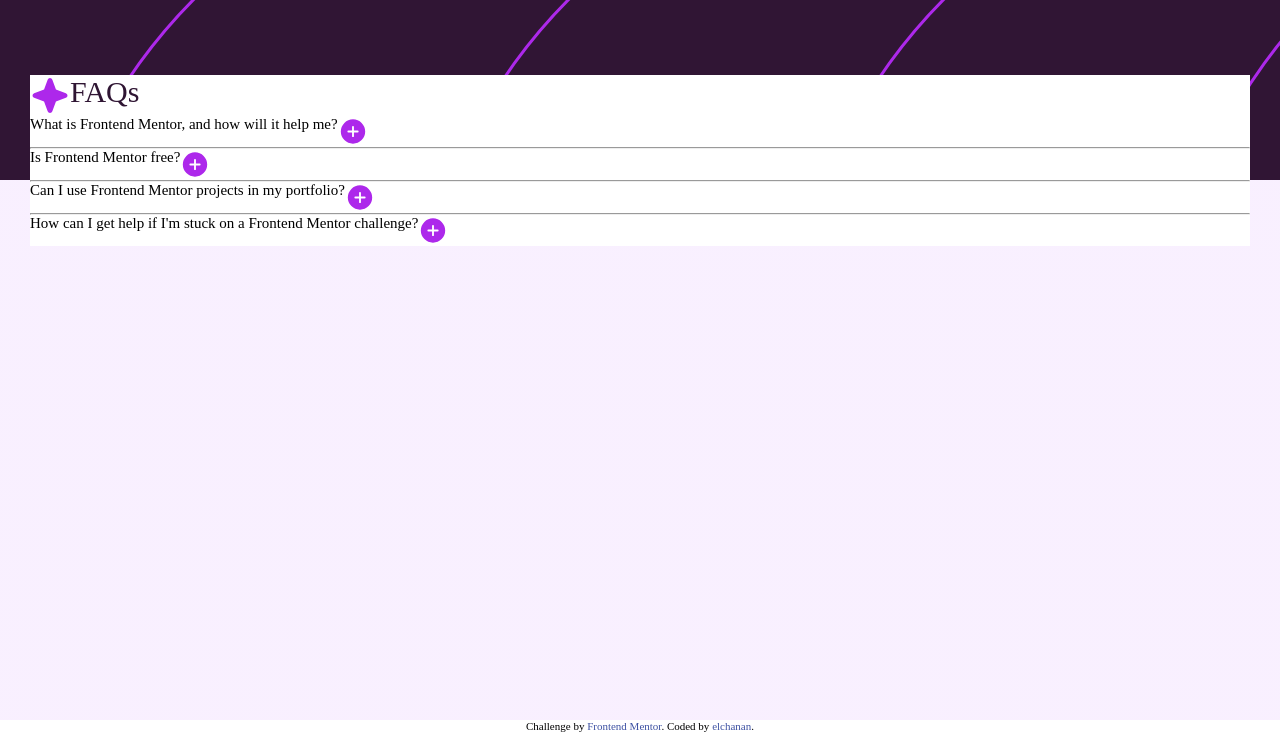
Repository: elchananChen/frontend-mentor-projects
Page: 2024/10/faQs/index.html
These files come from the project's save history. The page is drawn as it stood at one moment and after the next save; the edit follows.
The browser window is 1280 px wide. The pictures show the whole page.

Above is the page before, as saved 2024-10-13 06:06:33.

### 2024/10/faQs/index.html
<!DOCTYPE html>
<html lang="en">
  <head>
    <meta charset="UTF-8" />
    <meta name="viewport" content="width=device-width, initial-scale=1.0" />

    <link
      rel="icon"
      type="image/png"
      sizes="32x32"
      href="./assets/images/favicon-32x32.png"
    />

    <title>Frontend Mentor | FAQ accordion</title>

    <style>
      .attribution {
        font-size: 11px;
        text-align: center;
      }
      .attribution a {
        color: hsl(228, 45%, 44%);
      }
    </style>
    <link rel="stylesheet" href="./style.css" />
  </head>
  <body>
    <article>
      <div class="card">
        <header>
          <div class="flex">
            <div><img src="./assets/images/icon-star.svg" alt="" /></div>
            <h1>FAQs</h1>
          </div>
        </header>
        <main>
          <div class="flex">
            <h3>What is Frontend Mentor, and how will it help me?</h3>
            <div><img src="./assets/images/icon-plus.svg" alt="" /></div>
          </div>
          <p class="hidden">
            Frontend Mentor offers realistic coding challenges to help
            developers improve their frontend coding skills with projects in
            HTML, CSS, and JavaScript. It's suitable for all levels and ideal
            for portfolio building.
          </p>
          <hr />
          <div class="flex">
            <h3>Is Frontend Mentor free?</h3>
            <div><img src="./assets/images/icon-plus.svg" alt="" /></div>
          </div>
          <p class="hidden">
            Yes, Frontend Mentor offers both free and premium coding challenges,
            with the free option providing access to a range of projects
            suitable for all skill levels.
          </p>
          <hr />
          <div class="flex">
            <h3>Can I use Frontend Mentor projects in my portfolio?</h3>
            <div><img src="./assets/images/icon-plus.svg" alt="" /></div>
          </div>
          <p class="hidden">
            Yes, you can use projects completed on Frontend Mentor in your
            portfolio. It's an excellent way to showcase your skills to
            potential employers!
          </p>
          <hr />
          <div class="flex">
            <h3>
              How can I get help if I'm stuck on a Frontend Mentor challenge?
            </h3>
            <div><img src="./assets/images/icon-plus.svg" alt="" /></div>
          </div>
          <p class="hidden">
            The best place to get help is inside Frontend Mentor's Discord
            community. There's a help channel where you can ask questions and
            seek support from other community members.
          </p>
        </main>
      </div>
    </article>
    <div class="attribution">
      Challenge by
      <a href="https://www.frontendmentor.io?ref=challenge" target="_blank"
        >Frontend Mentor</a
      >. Coded by <a href="#">elchanan</a>.
    </div>
  </body>
</html>

### 2024/10/faQs/style.css
@import url("./css/reset.css");
@import url("./css/varieble.css");
@import url("./css/fonts.css");
@import url("./css/utilities.css");

article {
  min-height: 100vh;
  width: 100%;
  padding: 2rem;
  padding-block: 5rem;
  background: linear-gradient(180deg, transparent 25%, hsl(275, 100%, 97%) 25%),
    url("./assets/images/background-pattern-mobile.svg");
}
.card {
  /* min-height: 100vh; */
  background-color: var(--color-White);
}
header {
}
h1 {
  font-size: 2rem;
  color: var(--color-Dark-purple);
}

### 2024/10/faQs/css/reset.css
* {
  box-sizing: border-box;
  margin: 0;
  padding: 0;
}
html {
  font-family: "overpass-Regular";
}
html,
body {
  min-height: 100vh;
  width: 100%;
  font-size: 15px;
}

img {
  display: block;
  max-width: 100%;
}
h1,
h2,
h3,
h4,
h5,
h6 {
  font-size: 1rem;
  font-weight: normal;
}
button {
  border: 0px;
}

ul,
ol {
  padding-left: 0.5rem;
}
a {
  text-decoration: none;
  color: inherit;
}

### 2024/10/faQs/css/varieble.css
:root {
  --color-White: hsl(0, 0%, 100%);
  --color-Light-pink: hsl(275, 100%, 97%);
  --color-Grayish-purple: hsl(292, 16%, 49%);
  --color-Dark-purple: hsl(292, 42%, 14%);
}

### 2024/10/faQs/css/utilities.css
.flex {
  display: flex;
}
.hidden {
  display: none;
}

Loaded but not shown: 2024/10/faQs/css/fonts.css (no copy from this time; the picture is the same without it)

After the next save:
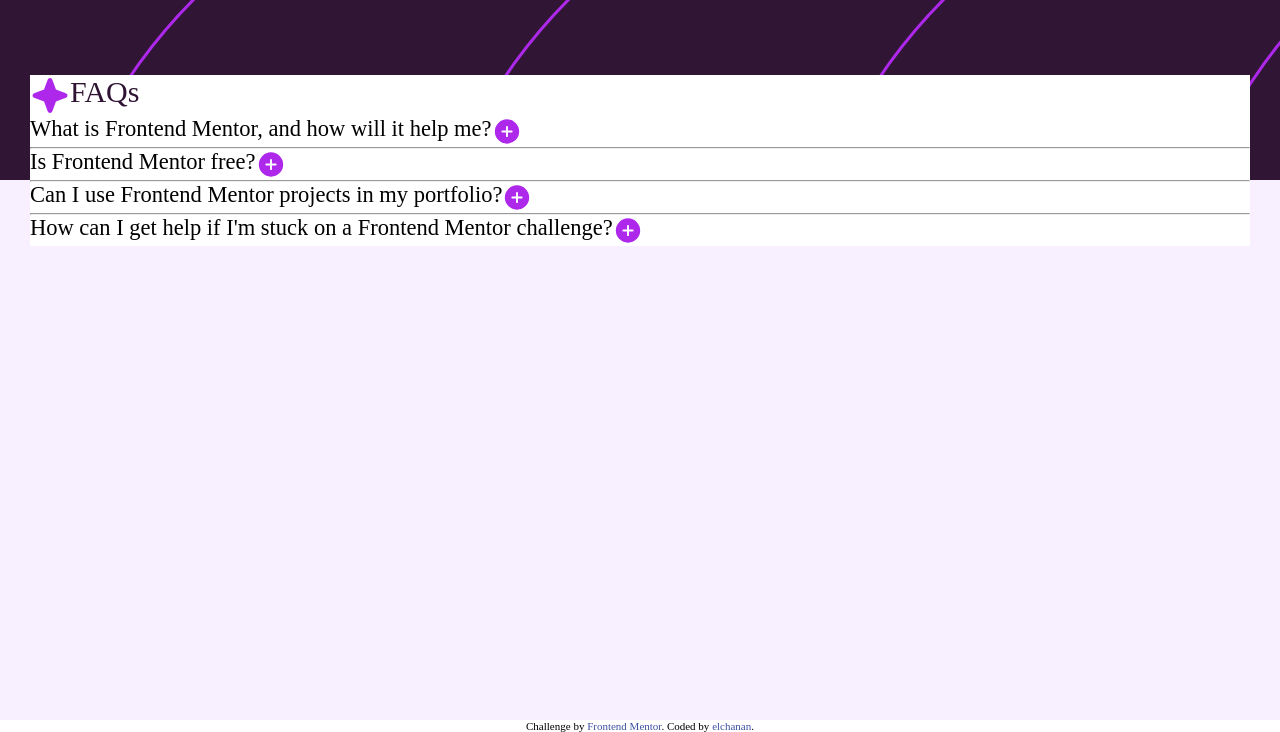
Saved 51 s later.
--- a/2024/10/faQs/style.css
+++ b/2024/10/faQs/style.css
@@ -21,3 +21,6 @@
   font-size: 2rem;
   color: var(--color-Dark-purple);
 }
+h3 {
+  font-size: 1.5rem;
+}
